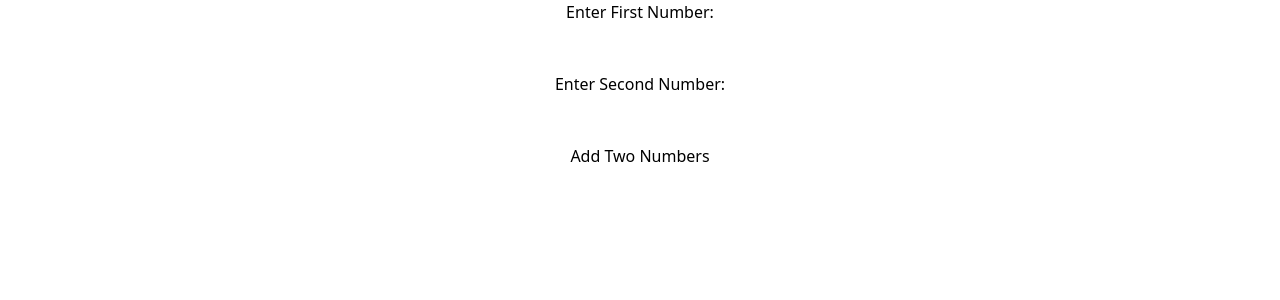
Repository: sundeeep/st33
Page: Servlet-JSP/BankingApp/src/main/webapp/additionForm.html
These files come from the project's save history. The page is drawn as it stood at one moment and after the next save; the edit follows.
The browser window is 1280 px wide. The pictures show the whole page.
Some web libraries are served in a nearby version.

Above is the page before, as saved 2024-06-05 11:30:42.

After the next save:
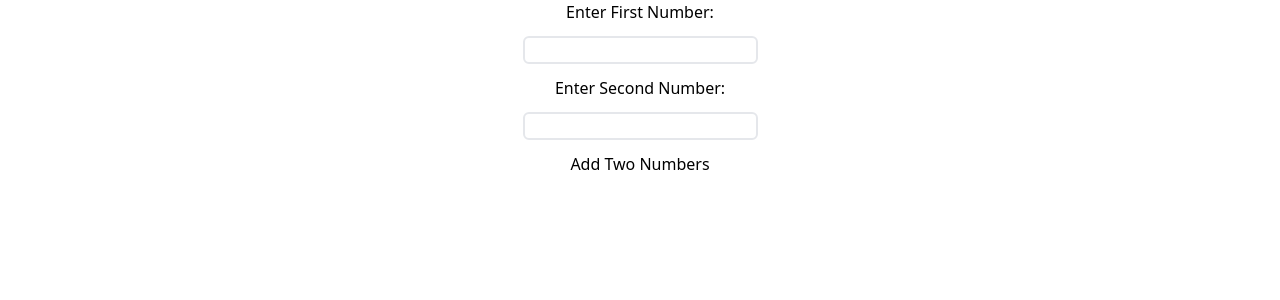
Saved 39 s later.
--- a/Servlet-JSP/BankingApp/src/main/webapp/additionForm.html
+++ b/Servlet-JSP/BankingApp/src/main/webapp/additionForm.html
@@ -21,8 +21,8 @@
 <body>
 
 	<form class="flex flex-col gap-3 items-center" action="add">
-		Enter First Number: <input class="outline-2 outline-red-500" type="number" name="numOne"/>
-		Enter Second Number: <input class="outline-2 outline-red-500" type="number" name="numOne"/>
+		Enter First Number: <input class="outline-2 outline-blue-500 border border-2 rounded-md" type="number" name="numOne"/>
+		Enter Second Number: <input class="outline-2 outline-blue-500 border border-2 rounded-md" type="number" name="numOne"/>
 		<button type="submit">Add Two Numbers</button>
 	</form>
 
